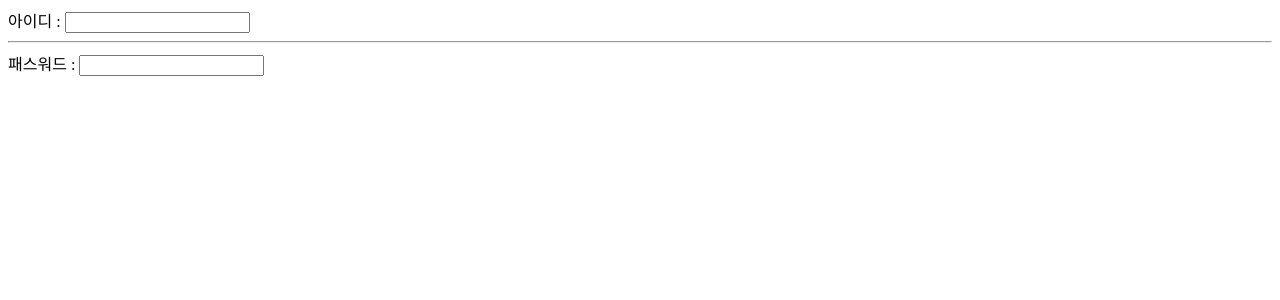
Repository: onerain5120/db_conn
Page: eclipse-workspace/pro06/src/main/webapp/login.html
The author's editor kept a copy of each file at every save. The page is drawn from the files as they stood at one save, then again after the next save.
The browser window is 1280 px wide. The pictures show the whole page.

Above is the page before, as saved 2023-09-26 08:14:54.

After the next save:
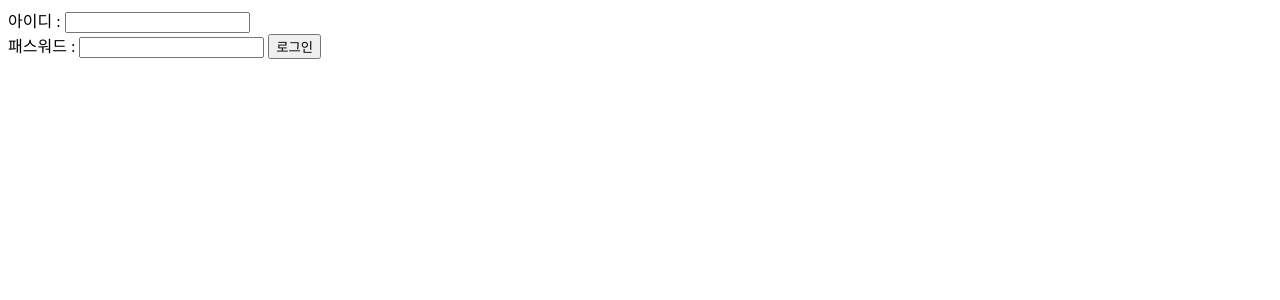
Saved 2 min 36 s later.
--- a/eclipse-workspace/pro06/src/main/webapp/login.html
+++ b/eclipse-workspace/pro06/src/main/webapp/login.html
@@ -8,9 +8,10 @@
 
 
 <form>
-	아이디 : <input type="text"><hr>
+	아이디 : <input type="text"><br>
 	패스워드 : <input type="password">
 
+	<input type="submit" value="로그인">
 
 </form>
 
